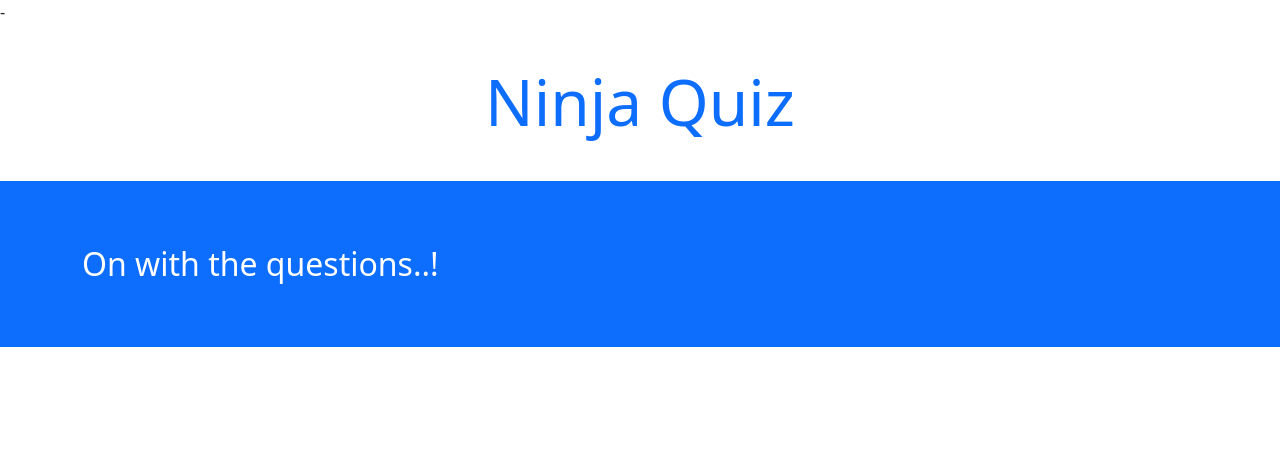
Repository: Programmer-RD-AI/Modern-JavaScript-Complete-guide-from-Novice-to-Ninja
Page: ninja_quiz/index.html
These files come from the project's save history. The page is drawn as it stood at one moment and after a run of saves; the edit follows.
The browser window is 1280 px wide. The pictures show the whole page.

Above is the page before, as saved 2023-12-26 15:25:12.

### ninja_quiz/index.html
<html lang="en">
  <head>
    <meta charset="UTF-8" />
    -
    <meta name="viewport" content="width=device-width, initial-scale=1.0" />
    <link
      href="https://cdn.jsdelivr.net/npm/bootstrap@5.3.2/dist/css/bootstrap.min.css"
      rel="stylesheet"
      integrity="sha384-T3c6CoIi6uLrA9TneNEoa7RxnatzjcDSCmG1MXxSR1GAsXEV/Dwwykc2MPK8M2HN"
      crossorigin="anonymous"
    />
    <title>Ninja Quiz</title>
    <link rel="stylesheet" href="style.css" />
  </head>
  <body>
    <!-- introduction -->
    <div class="intro py-3 bg-white text-center">
      <div class="container">
        <h2 class="text-primary display-3 my-4">Ninja Quiz</h2>
      </div>
    </div>
    <!-- quiz section -->
    <div class="quiz py-3 bg-primary">
      <div class="container">
        <h2 class="my-5 text-white">On with the questions..!</h2>
        <form class="quiz-form text-light">
          <div class="my-5">
            <p class="lead">

            </p>
          </div>
        </form>
      </div>
    </div>
    <script src="app.js"></script>
  </body>
</html>

Loaded but not shown: ninja_quiz/app.js (no copy from this time; the picture is the same without it); ninja_quiz/style.css (no stored copy; drawn as an empty file)

After the next 4 saves:
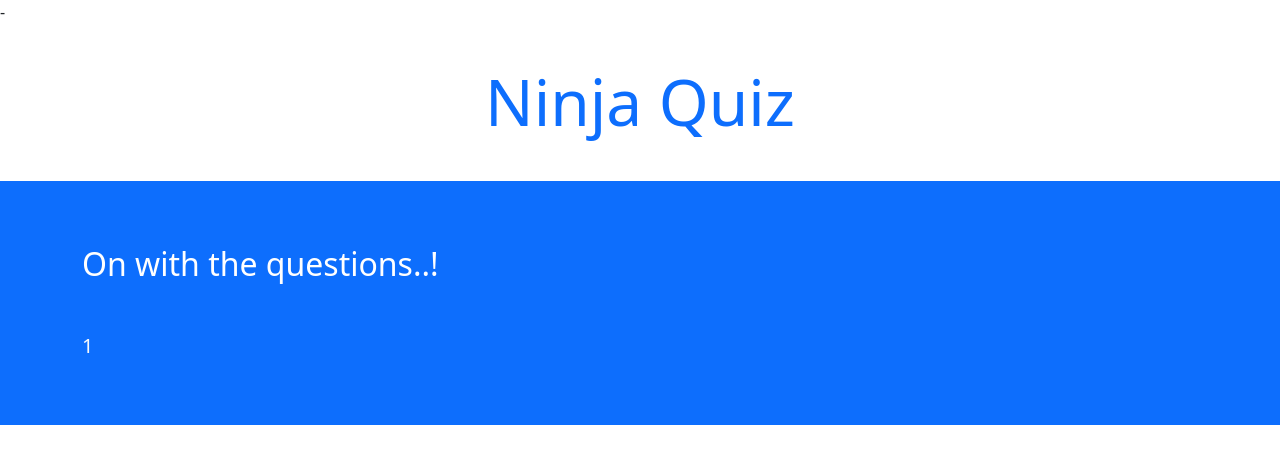
The 4 saves are shown as one change because they came seconds apart.
The last was saved 14 s later.
--- a/ninja_quiz/index.html
+++ b/ninja_quiz/index.html
@@ -25,9 +25,7 @@
         <h2 class="my-5 text-white">On with the questions..!</h2>
         <form class="quiz-form text-light">
           <div class="my-5">
-            <p class="lead">
-
-            </p>
+            <p class="lead font-weight-normal">1</p>
           </div>
         </form>
       </div>
